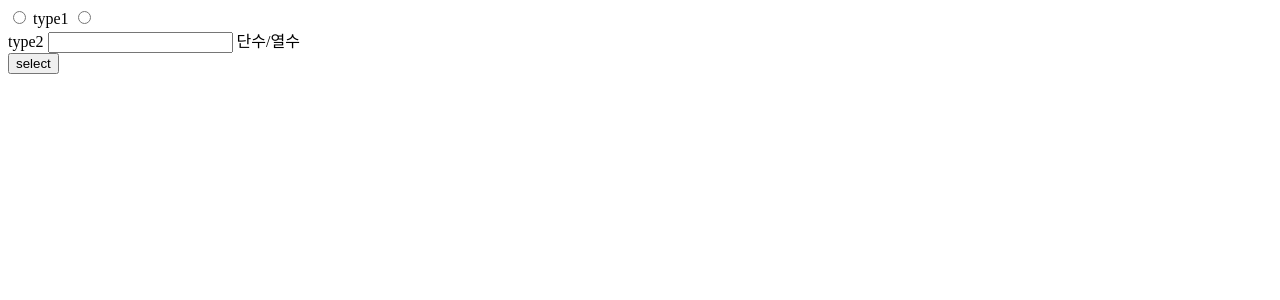
Repository: Charles0304/JSP
Page: http://localhost/MustHaveJSP/mission/gugudan3.jsp
The author's editor kept a copy of each file at every save. The page is drawn from the files as they stood at one save, then again after the next save.
The browser window is 1280 px wide. The pictures show the whole page.
The page is served by Tomcat 10. Nobody is signed in. The application's start-up code is not run.

Above is the page before, as saved 2024-04-18 08:27:03.

After the next save:
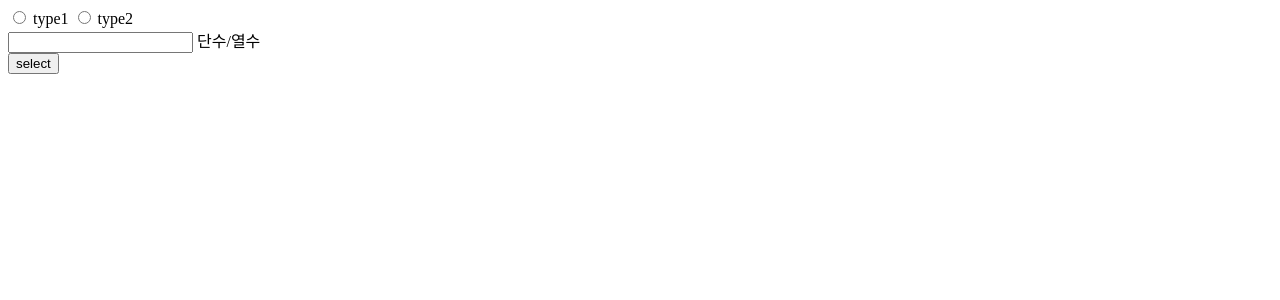
Saved 19 s later.
--- a/MustHaveJSP/src/main/webapp/mission/gugudan3.jsp
+++ b/MustHaveJSP/src/main/webapp/mission/gugudan3.jsp
@@ -1,5 +1,5 @@
 <%@ page language="java" contentType="text/html; charset=UTF-8"
-	pageEncoding="UTF-8"%>
+    pageEncoding="UTF-8"%>
 <!DOCTYPE html>
 <html>
 <head>
@@ -7,12 +7,16 @@
 <title>Insert title here</title>
 </head>
 <body>
-	<form action="gugudan3process.jsp" method="post">
-		<input type="radio" id="type1" name="type" value="type1" /> <label
-			for="type1">type1</label> <input type="radio" id="type2" name="type"
-			value="type2" /> <br /> <label for="type2">type2</label> <input
-			type="text" id="num" name="num" /> <label for="num">단수/열수</label> <br />
-		<input type="submit" value="select" />
+	<form action="gugudan3process.jsp" method = "post">
+		<input type = "radio" id = "type1" name = "type" value="type1"/>
+		<label for ="type1">type1</label>
+		<input type = "radio" id = "type2" name = "type" value="type2"/>
+		<label for ="type2">type2</label>
+		<br/>
+		<input type="text" id = "num" name = "num"/>
+		<label for ="num">단수/열수</label>
+		<br/>
+		<input type = "submit" value = "select"/>
 	</form>
 </body>
 </html>
